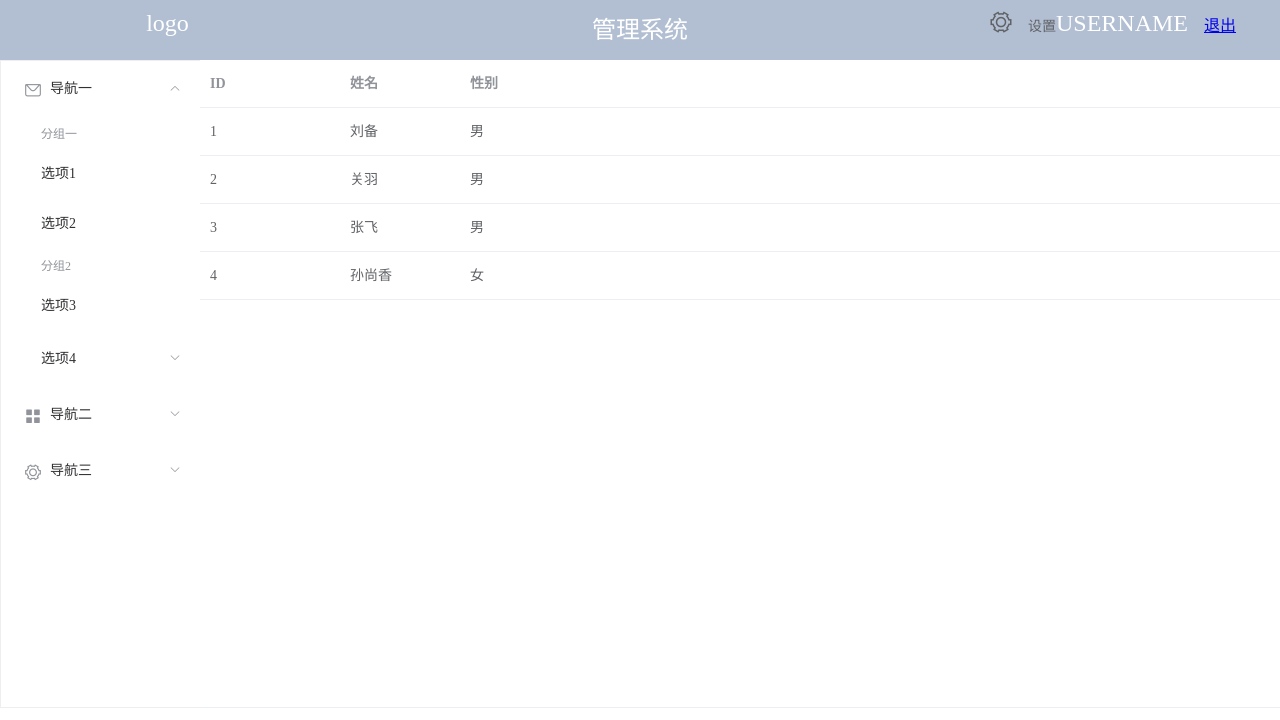
Repository: euphor1azzy/testlist
Page: /#/ (app in list/)
The author's editor kept a copy of each file at every save. The page is drawn from the files as they stood at one save, then again after the next save.
The browser window is 1280 px wide. The pictures show the whole page.
The project was rebuilt for these pictures with package versions that can differ from the ones it lists, and the page was loaded fresh each time. Requests to the local data server were answered from the project's data file. Also part of the build but not shown: list/src/views/login/login.vue.

Above is the page before, as saved 2020-08-24 10:06:49.

After the next save:
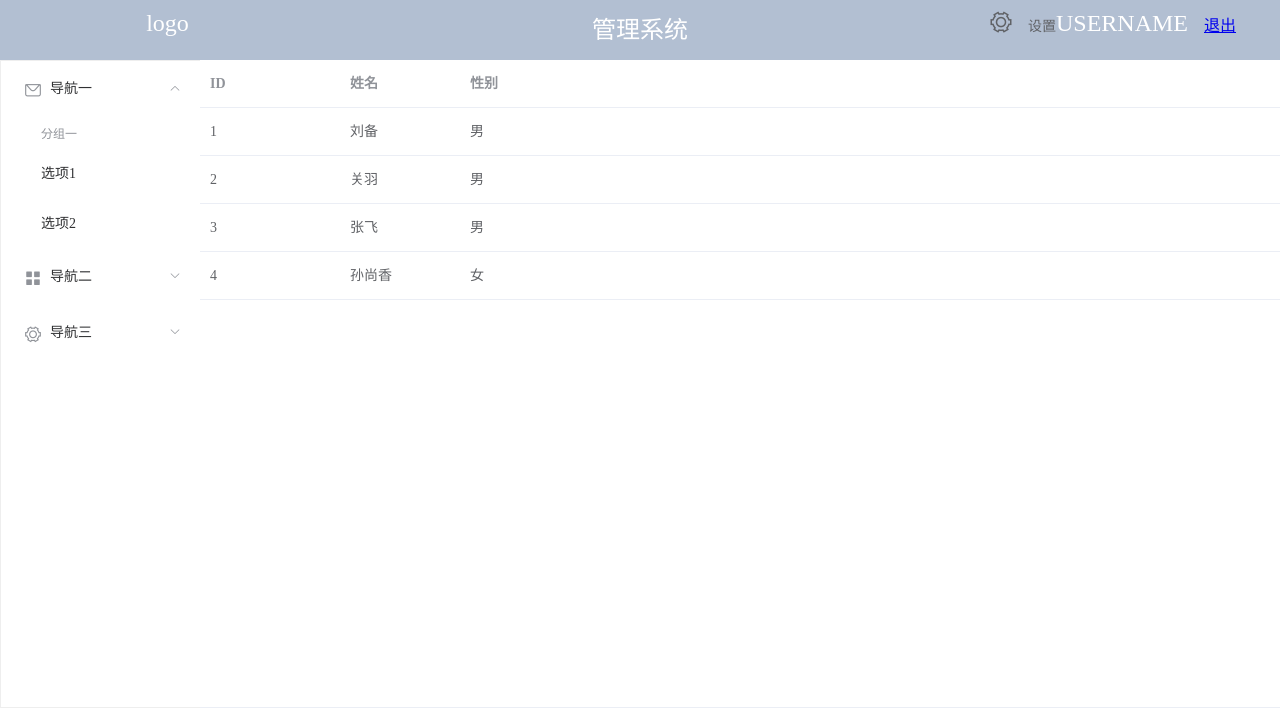
Saved 62 s later.
--- a/list/src/components/common/appslider.vue
+++ b/list/src/components/common/appslider.vue
@@ -3,19 +3,13 @@
         <el-menu  :default-openeds="['1']" :unique-opened="true">
           <el-submenu index="1">
             <template slot="title">
-              <i class="el-icon-message"></i>导航一
-            </template>
+              <i class="el-icon-message"></i>导航一 </template>
             <el-menu-item-group>
               <template slot="title">分组一</template>
               <el-menu-item index="1-1">选项1</el-menu-item>
               <el-menu-item index="1-2">选项2</el-menu-item>
             </el-menu-item-group>
-            <el-menu-item-group title="分组2">
-              <el-menu-item index="1-3">选项3</el-menu-item>
-            </el-menu-item-group>
-            <el-submenu index="1-4">
-              <template slot="title">选项4</template>
-              <el-menu-item index="1-4-1">选项4-1</el-menu-item>
+
             </el-submenu>
           </el-submenu>
           <el-submenu index="2">
